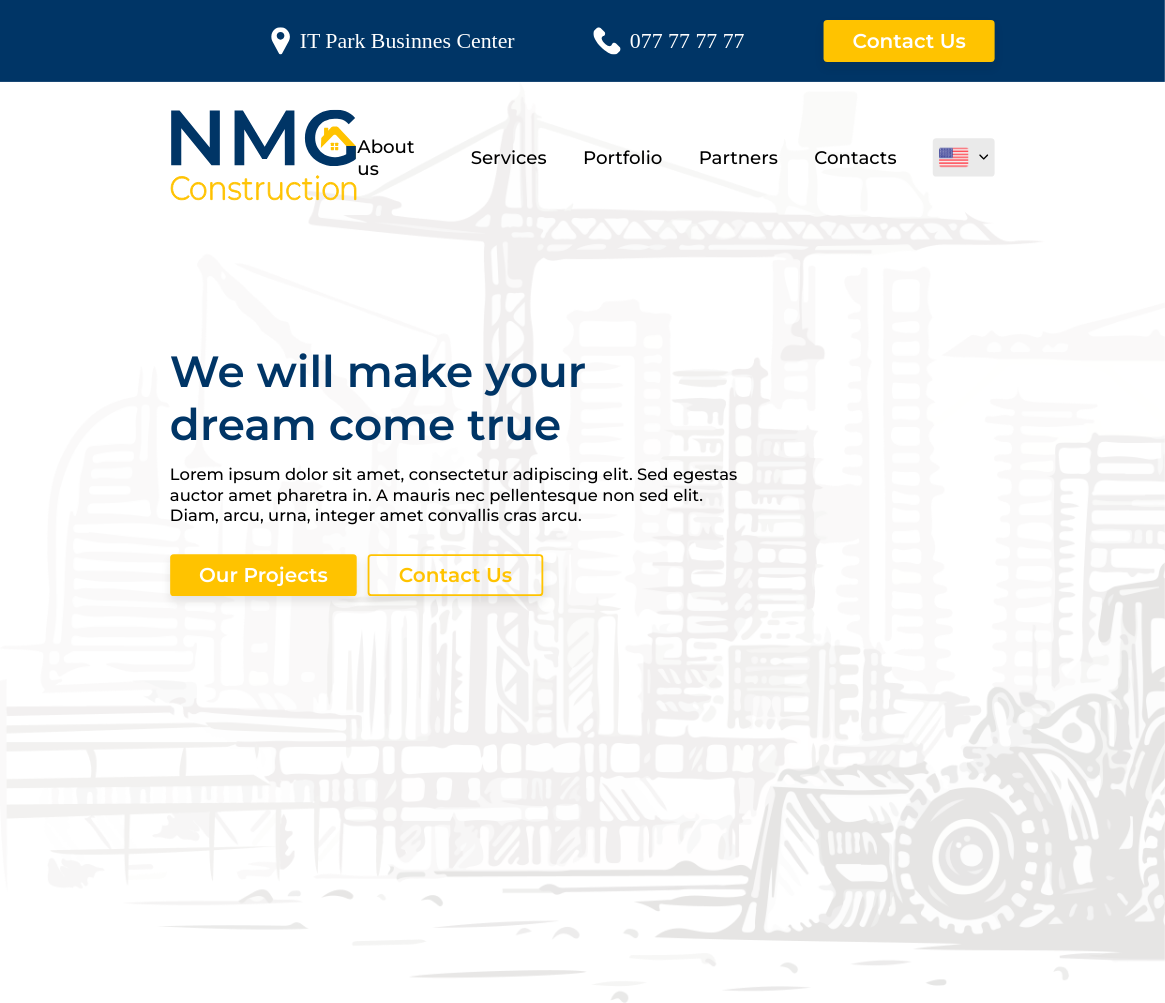
Repository: Lia1986/NMG-nuxt-project
Page: /
An editor plug-in stored every save of this project. The page is shown before and after the next save, followed by the edit.
The browser window is 1280 px wide. The pictures show the whole page, at 91% of full size.
The project was rebuilt for these pictures with package versions that can differ from the ones it lists, and the page was loaded fresh each time. The framework's server and built-in components were replaced by stand-ins that run in the browser. Also part of the build but not shown: nuxt.config.js, components/ContactUs.vue, components/Partners.vue, components/Portfolio.vue, components/Services.vue, components/Tutorial.vue.

Above is the page before, as saved 2022-08-17 17:08:01.

After the next save:
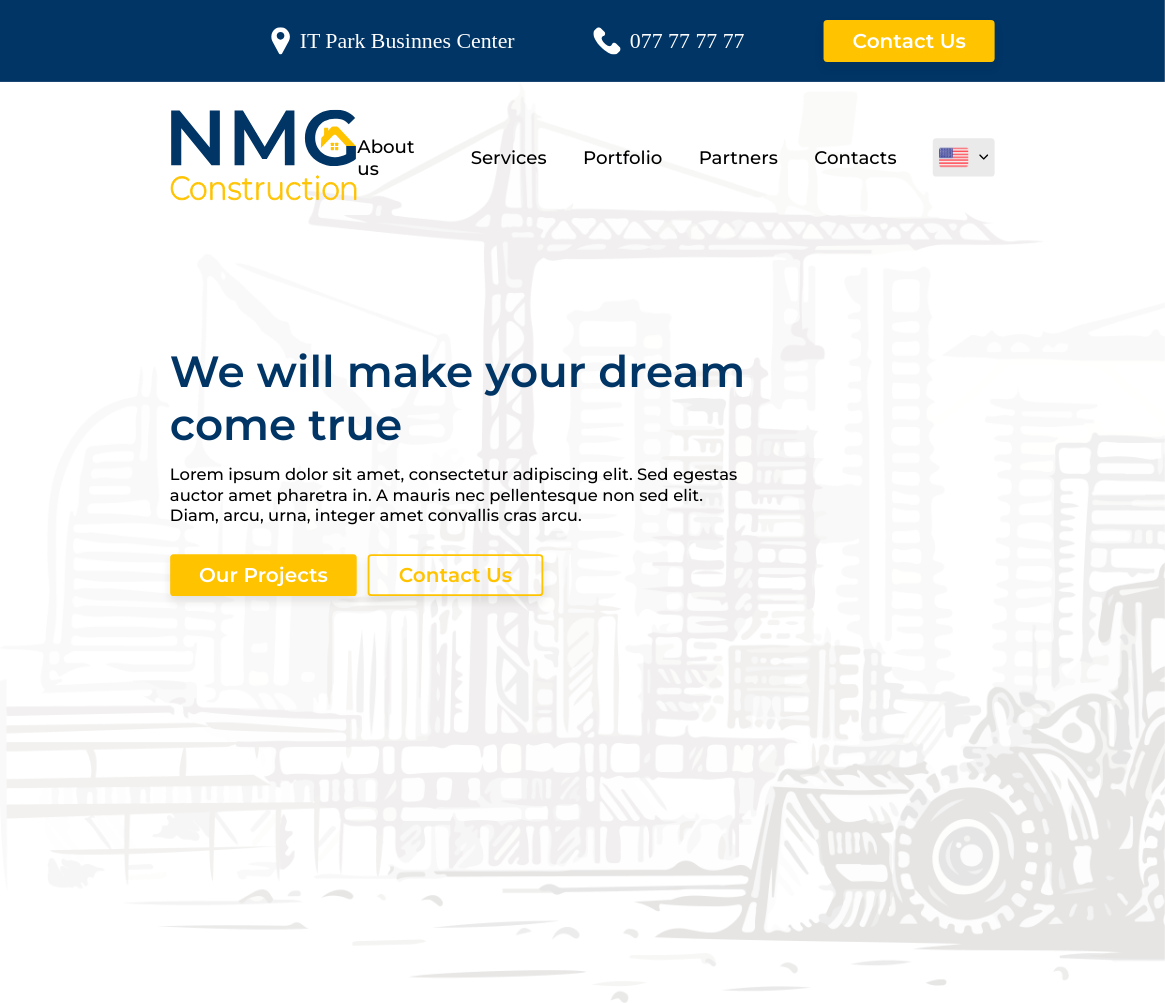
Saved 113 s later.
--- a/components/Navbar.vue
+++ b/components/Navbar.vue
@@ -351,7 +351,7 @@ export default {
   }
   .header_content {
     margin-top: 154px;
-    width: 630px;
+    width: 640px;
     h1 {
       color: $blueMain;
       font-weight: 600;
